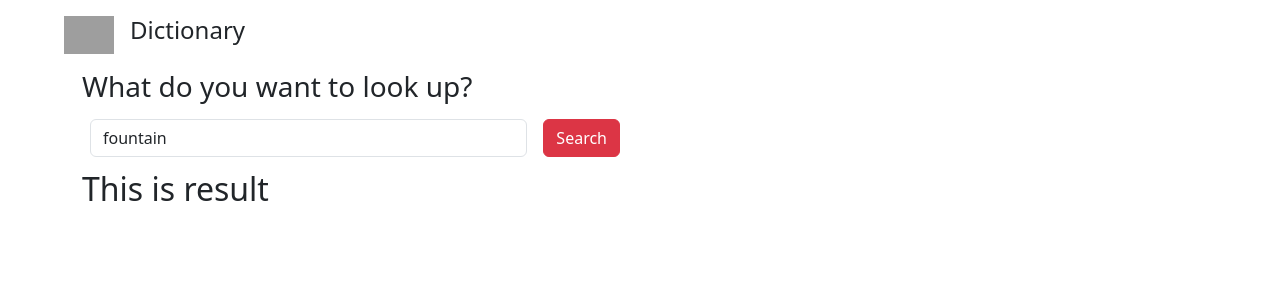
Repository: moehaymanmyint/react-dictionary-app
Page: /
The author's editor kept a copy of each file at every save. The page is drawn from the files as they stood at one save, then again after the next save.
The browser window is 1280 px wide. The pictures show the whole page.
Pictures or frames that could not be fetched are drawn as grey boxes. The page's requests for data from a server got no answer. The project was rebuilt for these pictures with package versions that can differ from the ones it lists, and the page was loaded fresh each time. No one was signed in, and anything a server would have sent is missing.

Above is the page before, as saved 2024-08-28 10:48:36.

After the next save:
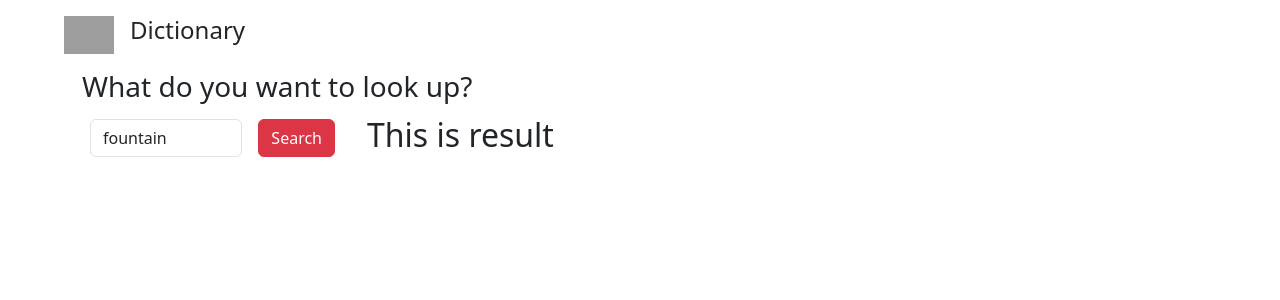
Saved 8 s later.
--- a/src/Search.js
+++ b/src/Search.js
@@ -27,7 +27,7 @@
         <div className="Content">
             <h3>What do you want to look up?</h3>
             <div className="row d-flex">
-                <div className="col-4 w-50">
+                <div className="col-4 w-25">
                     <form onSubmit={handleSubmit} className="d-flex">
                         <input type="search" className="form form-control m-2" value={word} onChange={updateWord}/>
                         <input type="submit" value="Search" className="btn btn-danger m-2"/>

After the save that followed:
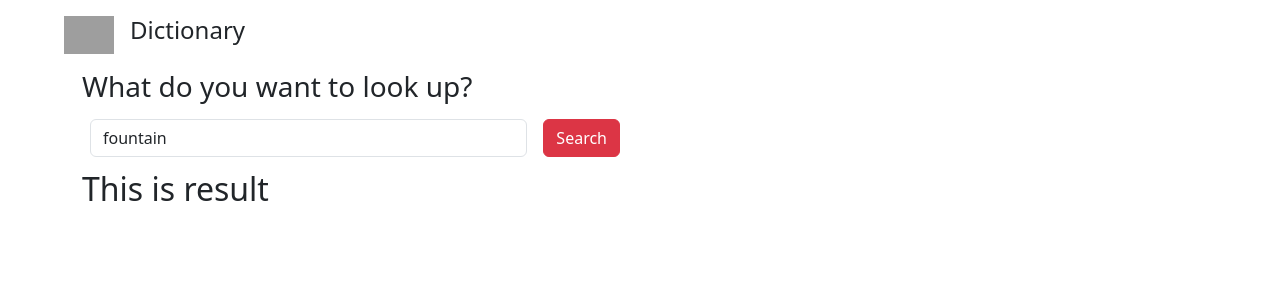
Saved 6 s later.
--- a/src/Search.js
+++ b/src/Search.js
@@ -27,7 +27,7 @@
         <div className="Content">
             <h3>What do you want to look up?</h3>
             <div className="row d-flex">
-                <div className="col-4 w-25">
+                <div className="col-4 w-50">
                     <form onSubmit={handleSubmit} className="d-flex">
                         <input type="search" className="form form-control m-2" value={word} onChange={updateWord}/>
                         <input type="submit" value="Search" className="btn btn-danger m-2"/>
